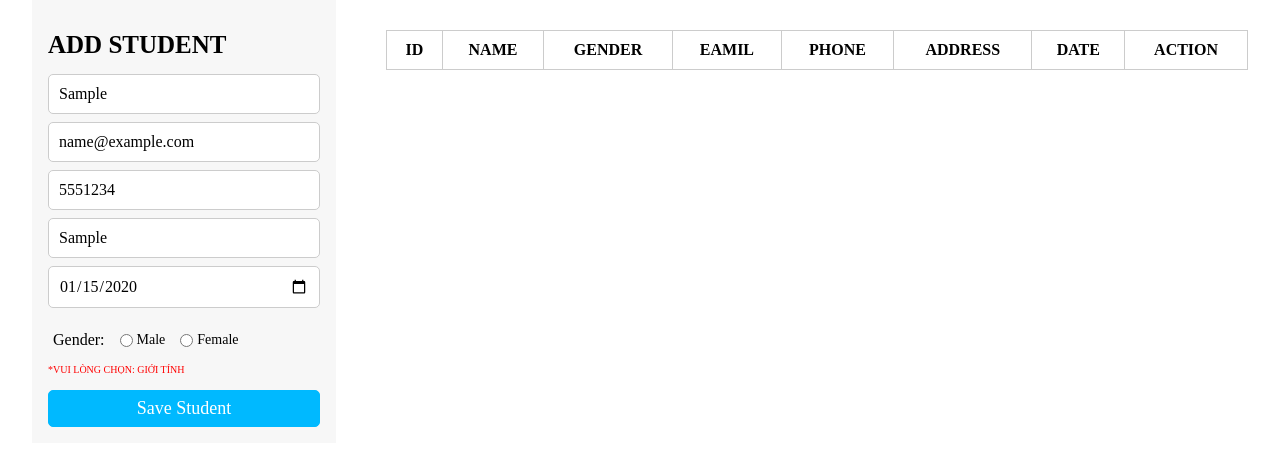
Repository: vanphongnguyen1/webDemo
Page: project(table-form)/index.html
These files come from the project's save history. The page is drawn as it stood at one moment and after the next save; the edit follows.
The browser window is 1280 px wide. The pictures show the whole page.
Empty fields were first filled with sample values (such as "Sample", 5 or name@example.com).
After loading, the first visible `button.form__button` was clicked once.
The style sheet was rebuilt from its Sass, Less or Tailwind sources for each picture, by a compiler version that may differ from the author's.

Above is the page before, as saved 2020-08-30 18:43:38.

### project(table-form)/index.html
<!DOCTYPE html>
<html lang="en">
<head>
    <meta charset="UTF-8">
    <meta name="viewport" content="width=device-width, initial-scale=1.0">
    <title>Document</title>
    <link rel="stylesheet" href="./css/style.css">
</head>
<body onload="render()">
    <div class="container">
        <div class="row">
            <div class="col-3">
                <div class="form">
                    <form action="" autocomplete="off" onsubmit="">
                        <h2 class="form__title">add student</h2>
                        <input type="hidden" class="index" name="" id="">
                        <input type="text" class="form__input form__input--name" name="name" id="" placeholder="Name">
                        <div class="error-name"></div>
                        <input type="Email" class="form__input form__input--email" name="email" id="" placeholder="Email">
                        <div class="error-email"></div>
                        <input type="tel" class="form__input form__input--phone" name="phone" id="" placeholder="Phone">
                        <div class="error-phone"></div>
                        <input type="text" class="form__input form__input--address" name="address" id="" placeholder="Address">
                        <div class="error-address"></div>
                        <input type="date" class="form__input form__input--date" name="date" id="">
                        <div class="error-date"></div>
                        <div class="form__gender">
                            <lable>Gender:</lable>
                            <div class="form__radio">
                                <input type="radio" class="form__radio--gender male" value="male" name="gender" id="male">
                                <label for="male" class="form__radio--text">Male</label>
                                <input type="radio" class="form__radio--gender female" value="female" name="gender" id="female">
                                <label for="female" class="form__radio--text">Female</label>
                            </div>
                        </div>
                        <div class="error-gender"></div>
                        <button type="submit" class="form__button save" onclick="listStudents()">Save Student</button>
                        <button style="display: none;" type="submit" class="form__button update" onclick="updataStudent()">Update Student</button>
                    </form>
                </div>
            </div>
            <div class="col-9">
                <div class="table">
                    <table>
                        <thead>
                            <tr>
                                <th>ID</th>
                                <th>NAME</th>
                                <th>GENDER</th>
                                <th>EAMIL</th>
                                <th>PHONE</th>
                                <th>ADDRESS</th>
                                <th>DATE</th>
                                <th>ACTION</th>
                            </tr>
                        </thead>
                        <tbody id="list-student">
                                <!-- <tr>
                                    <td>1</td>
                                    <td>phong</td>
                                    <td>male</td>
                                    <td>maoa@gmai.com</td>
                                    <td>154653132</td>
                                    <td>asdasasdad</td>
                                    <td>2020-08-21</td>
                                    <td><a href="">edit</a>/<a href="">delete</a></td>
                                </tr> -->
                        </tbody>
                    </table>
                </div>
            </div>
        </div>
    </div>
    <script src="./js/main.js"></script>
</body>
</html>

### project(table-form)/js/main.js
    // <!-- <tr>
    //     <td>1</td>
    //     <td>phong</td>
    //     <td>male</td>
    //     <td>maoa@gmai.com</td>
    //     <td>154653132</td>
    //     <td>asdasasdad</td>
    //     <td>2020-08-21</td>
    //     <td><a href="">edit</a>/<a href="">delete</a></td>
    // </tr>
    function listStudents () {
        const name = document.querySelector('.form__input--name').value
        const email = document.querySelector('.form__input--email').value
        const phone = document.querySelector('.form__input--phone').value
        const address = document.querySelector('.form__input--address').value
        const date = document.querySelector('.form__input--date').value
        let gender = document.querySelector('input[name = gender]:checked')
                gender = gender ? gender.value : '';
        //lơi lưu thông tin của sinh viên
        let student = {
            'name': name,
            'gender': gender,
            'email': email,
            'phone': phone,
            'address': address,
            'date': date,
        }
        // điều kiện k được để trắng thông in các ô,phải điền đầy đủ
        if(!name) {
            document.querySelector('.error-name').innerHTML='<font color="red"> *Vui lòng điền: Họ và Tên</font>'
            document.querySelector('.error-name').style.display='block'
        } else {
            document.querySelector('.error-name').innerHTML=''
        }
        if(!email) {
            document.querySelector('.error-email').innerHTML='<font color="red"> *Vui lòng điền: Email</font>'
            document.querySelector('.error-email').style.display='block'
        } else {
            document.querySelector('.error-email').innerHTML=''
        }
        if(!phone) {
            document.querySelector('.error-phone').innerHTML='<font color="red"> *Vui lòng điền: Số điện thoại</font>'
            document.querySelector('.error-phone').style.display= 'block'
        } else {
            document.querySelector('.error-phone').innerHTML=''
        }
        if(!address) {
            document.querySelector('.error-address').innerHTML='<font color="red"> *Vui lòng điền: Address</font>'
            document.querySelector('.error-address').style.display='block'
        } else {
            document.querySelector('.error-address').innerHTML=''
        }
        if(!date) {
            document.querySelector('.error-date').innerHTML='<font color="red"> *Vui lòng chọn: Ngày/Tháng/Năm</font>'
            document.querySelector('.error-date').style.display='block'
        } else {
            document.querySelector('.error-date').innerHTML=''
        }
        if(!gender) {
            document.querySelector('.error-gender').innerHTML='<font color="red"> *Vui lòng chọn: Giới tính</font>'
            document.querySelector('.error-gender').style.display='block'
        } else {
            document.querySelector('.error-gender').innerHTML=''
        }
        // lưu thông tin sinh viên vào localStorage
        if(name && email && phone && address && date && gender) {
            let listStudent = localStorage.getItem('students') ? JSON.parse(localStorage.getItem('students')) : []
            listStudent.push(student)
            localStorage.setItem('students',JSON.stringify(listStudent))
        }
        render()
    }
    function render() {
            // hàm in sinh viên vào table
        event.preventDefault()
        let listStudent = localStorage.getItem('students') ?JSON.parse(localStorage.getItem('students')):[]
        html = ''
        const addTable = document.getElementById('list-student')
        listStudent.forEach((i,index)=> {
            html += `
                    <tr>
                        <td>${index}</td>
                        <td>${i.name}</td>
                        <td>${i.gender}</td>
                        <td>${i.email}</td>
                        <td>${i.phone}</td>
                        <td>${i.address}</td>
                        <td>${i.date}</td>
                        <td>
                            <a href="#" onclick="editStudent('${index}')">edit</a>/<a href="" onclick="deleteStudent('${index}')">delete</a>
                        </td>
                    </tr
                `
        })
        addTable.innerHTML = html
    }
    // hàm xóa sinh viên
    function deleteStudent(index) {
        let listStudent = localStorage.getItem('students') ? JSON.parse(localStorage.getItem('students')) : []
        if(confirm('Bạn có muốn xóa student')) {
            listStudent.splice(index,1)
        }
        localStorage.setItem('students', JSON.stringify(listStudent))
        render()
    }
    function editStudent(index) {
        let listStudent = localStorage.getItem('students') ? JSON.parse(localStorage.getItem('students')) : []
        document.querySelector('.form__input--name').value = listStudent[index].name
        document.querySelector('.form__input--email').value = listStudent[index].email
        document.querySelector('.form__input--phone').value = listStudent[index].phone
        document.querySelector('.form__input--address').value = listStudent[index].address
        document.querySelector('.form__input--date').value = listStudent[index].date
        document.querySelector('.index').value = index //lấy ra stt
        // let gender = document.querySelector('input[name = gender]:checked')
        //         gender = gender ? gender.value : '';
        /// chuyển thông tin về form
        // render()
        if(document.querySelector('.male').value === listStudent[index].gender) {
            document.querySelector('.male').checked = true
        }
        if(document.querySelector('.female').value === listStudent[index].gender) {
            document.querySelector('.female').checked = true
        }
        document.querySelector('.update').style.display = 'block'
        document.querySelector('.save').style.display = 'none'
    }
    function updataStudent () {
        event.preventDefault()
        // gọi dât trong localStorage
        let listStudent = localStorage.getItem('students') ? JSON.parse(localStorage.getItem('students')) : []
        key = document.querySelector('.index').value // lấy được stt từ đó lưu lại nội dung của stt đó
        // lưu thông tin thay đổi
        listStudent[key] = {
            name: document.querySelector('.form__input--name').value,
            email: document.querySelector('.form__input--email').value,
            phone: document.querySelector('.form__input--phone').value,
            address: document.querySelector('.form__input--address').value,
            date: document.querySelector('.form__input--date').value,
            gender: document.querySelector('input[name = gender]:checked').value
        }
        localStorage.setItem('students', JSON.stringify(listStudent)) // lưu data vào trong localStorage
        document.querySelector('.update').style.display = 'none'
        document.querySelector('.save').style.display = 'block'
        render()
    }

### project(table-form)/sass/style.scss
@import './base/base';
@import './layout/layout';
@import './components/form';
@import './components/table';

### project(table-form)/sass/base/_base.scss
* {
    margin: 0;
    padding: 0;
    box-sizing: border-box;
    outline: none;
}
html {
    font-size: 10px;
}
input, button, textarea {
    font-family: inherit;
}
h1, h2, h3, h4, h5, h6, p {
    margin: 0;
    padding: 0;
    line-height: inherit
}
// ----------------------------------------------
.container {
    width: 95%;
    margin:  0 auto;
}

### project(table-form)/sass/layout/_layout.scss
.row {
    display: flex;
    flex-wrap: wrap;
}
.col-3 {
    width: calc(3/12 * 100%);
}
.col-9 {
    width: calc(9/12 * 100%);
}

### project(table-form)/sass/components/_form.scss
.form {
    text-transform: uppercase;
    padding: 1.5rem;
    border: 1px solid #f7f7f7;
    // margin-top: 3rem;
    background-color: #f7f7f7;
    div[class^="error-"] {
        color: #f00;
        font-size: 10px;
        margin-bottom: 1.5rem;
        display: none;
    }
    &__title {
        font-size: 2.5rem;
        padding: 1.5rem 0;
    }
    &__input {
        width: 100%;
        padding: 1rem;
        font-size: 1.6rem;
        border-radius: 0.5rem;
        border: 1px solid #ccc;
        background-color: #ffffff;
        &:not(:last-child) {
            margin-bottom: 0.8rem;
        }
    }
    &__gender {
        padding: 1.5rem 0 1.5rem 0.5rem;
        text-transform: capitalize;
        display: flex;
        lable {
            font-size: 1.6rem;
        }
        .form__radio {
            display: flex;
            align-items: center;
            flex-wrap: wrap;
            width: 70%;
            &--gender {
                margin-left: 1.5rem;
                cursor: pointer;
            }
            &--text {
                font-size: 1.4rem;
                margin-left: 4px;
                cursor: pointer;
            }
        }
    }
    &__button {
        background-color:#00b9ff ;
        border: 1px solid #00b9ff;
        border-radius: 0.5rem;
        width: 100%;
        font-size: 1.8rem;
        text-align: center;
        color: #fff;
        padding: 0.7rem;
        cursor: pointer;
        transition: all 0.4s ease-in-out;
        &:hover {
            background-color: #1b91be;
        }
    }
}

### project(table-form)/sass/components/_table.scss
.table {
    margin-left: 5rem;
    margin-top: 3rem;
    table {
        width: 100%;
        border-collapse: collapse;
        tr {
            font-size: 1.6rem;
            th,
            td {
                text-align: center;
                padding: 1rem;
                border: 1px solid #ccc;
            }
        }
    }
}

After the next save:
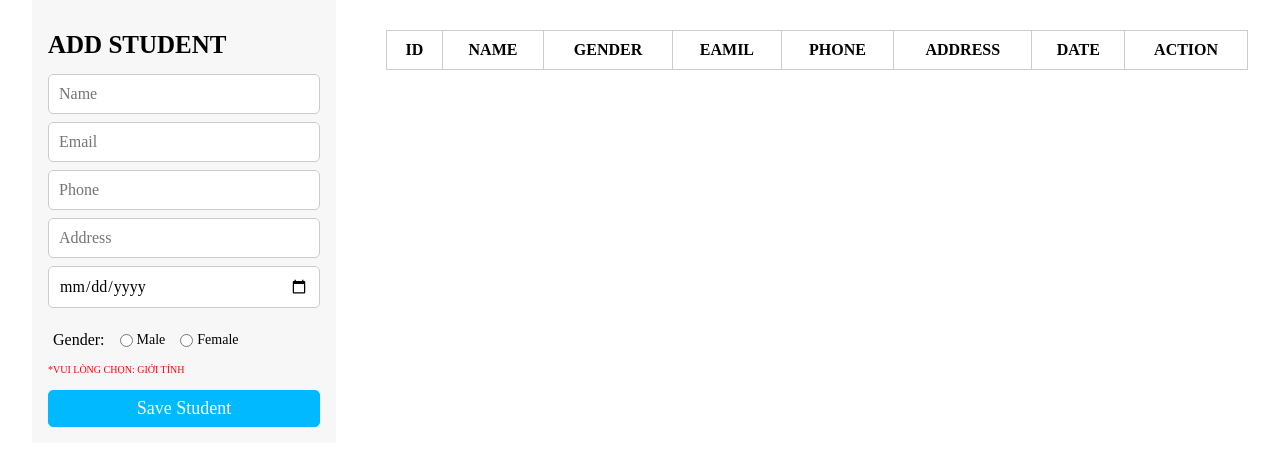
Saved 7 min 11 s later.
--- a/project(table-form)/js/main.js
+++ b/project(table-form)/js/main.js
@@ -68,7 +68,21 @@
             listStudent.push(student)
             localStorage.setItem('students',JSON.stringify(listStudent))
         }
+        resetForm()
         render()
+    }
+    function resetForm() {
+        if (document.querySelector('.male').checked) {
+            document.querySelector('.male').checked = false
+        }
+        if (document.querySelector('.female').checked) {
+            document.querySelector('.female').checked = false
+        }
+        document.querySelector('.form__input--name').value = ''
+        document.querySelector('.form__input--email').value = ''
+        document.querySelector('.form__input--phone').value = ''
+        document.querySelector('.form__input--address').value = ''
+        document.querySelector('.form__input--date').value = ''
     }
     function render() {
             // hàm in sinh viên vào table
@@ -141,5 +155,6 @@
         localStorage.setItem('students', JSON.stringify(listStudent)) // lưu data vào trong localStorage
         document.querySelector('.update').style.display = 'none'
         document.querySelector('.save').style.display = 'block'
+        resetForm()
         render()
     }
